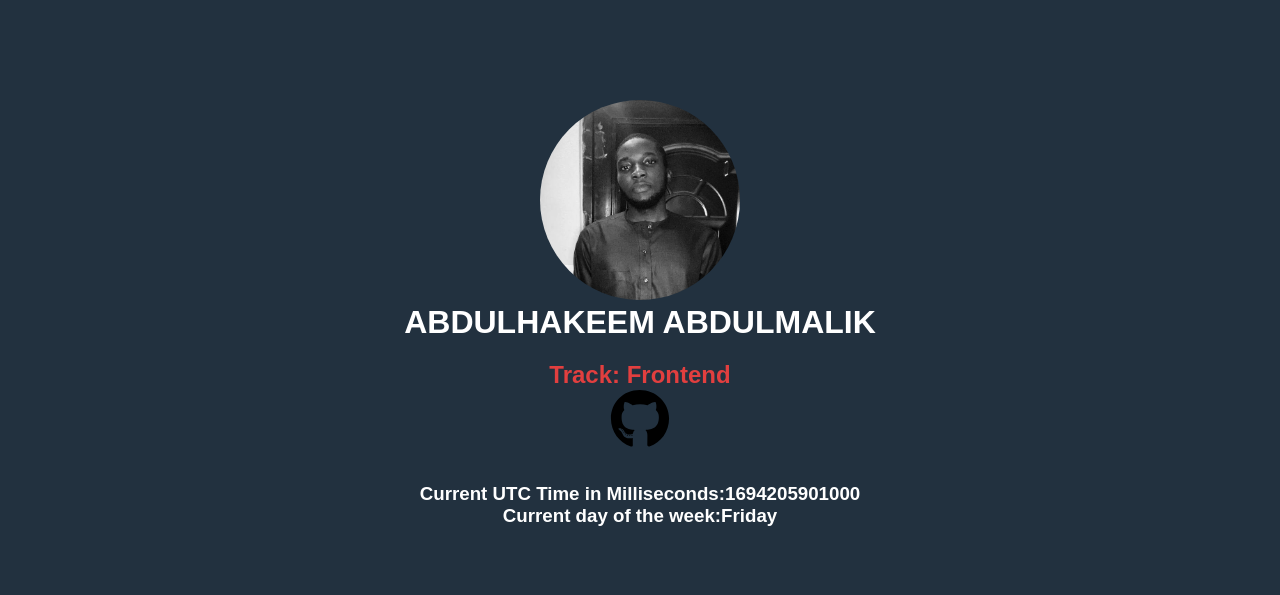
Repository: malikhakeem/HNG-TASK
Page: HNG-TASK1.html
These files come from the project's save history. The page is drawn as it stood at one moment and after the next save; the edit follows.
The browser window is 1280 px wide. The pictures show the whole page.

Above is the page before, as saved 2023-09-08 23:18:46.

After the next save:
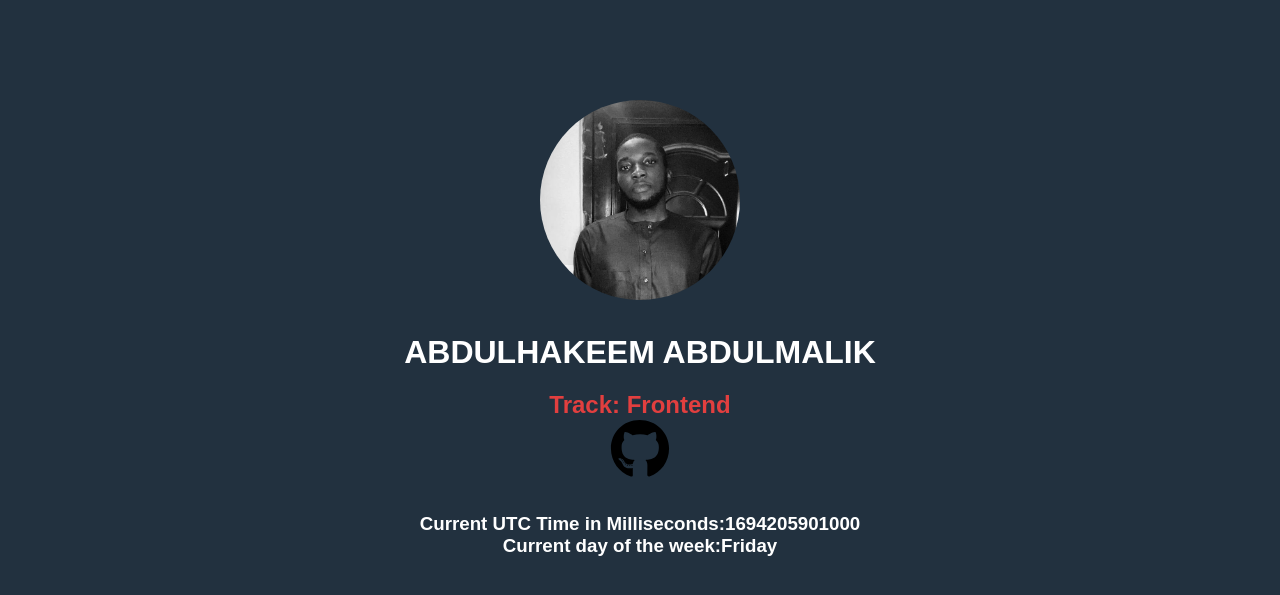
Saved 65 s later.
--- a/HNG-TASK!.css
+++ b/HNG-TASK!.css
@@ -15,7 +15,9 @@
     justify-content: space-between;
     padding: 150px 100px 0px 100px; */
 }
-
+.nav-left{
+    padding-bottom: 30px;
+}
 .task{
 
 padding-top: 30px;}
